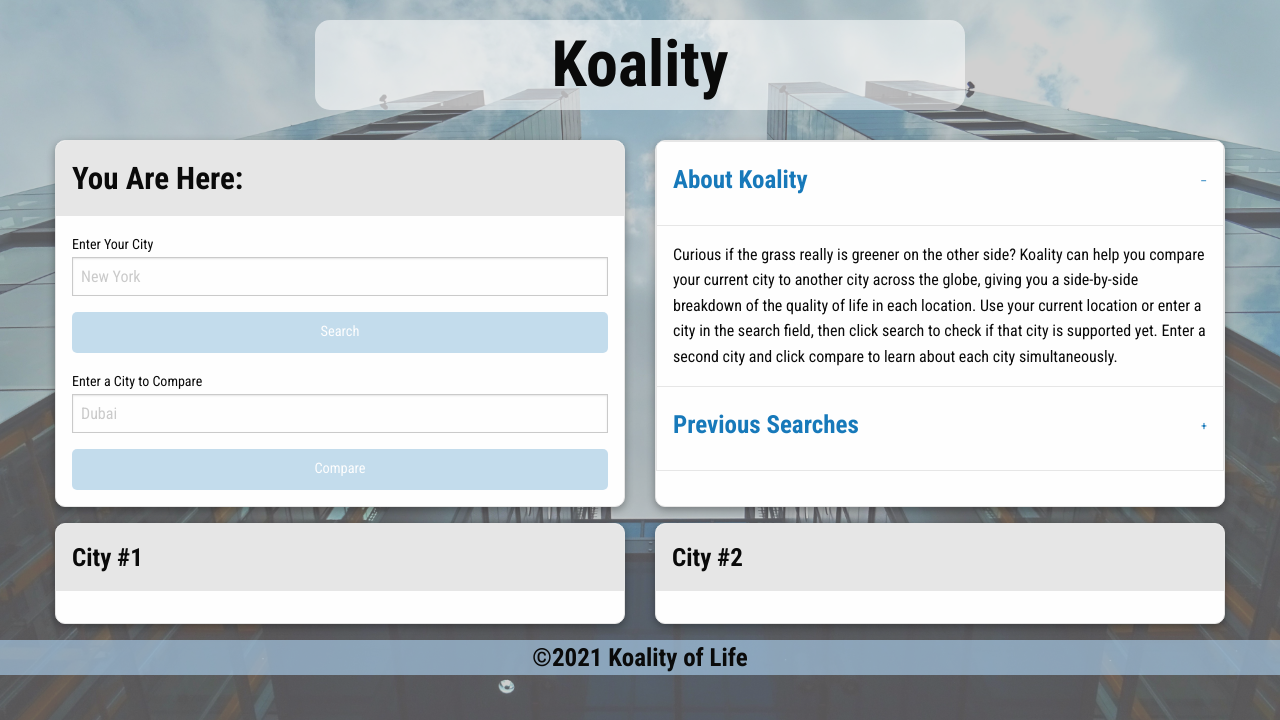
Repository: lexslo/koality-of-life
Page: index.html
The author's editor kept a copy of each file at every save. The page is drawn from the files as they stood at one save, then again after the next save.
The browser window is 1280 px wide. The pictures show the whole page.
Some web libraries are served in a nearby version.

Above is the page before, as saved 2021-12-17 15:53:59.
Console error: ReferenceError: ipStack is not defined

### index.html
<!DOCTYPE html>
<html lang="en">
  <head>
    <meta charset="UTF-8" />
    <meta http-equiv="X-UA-Compatible" content="IE=edge" />
    <meta name="viewport" content="width=device-width, initial-scale=1.0" />
    <link
      rel="stylesheet"
      href="https://cdnjs.cloudflare.com/ajax/libs/foundation/6.7.4/css/foundation.min.css"
      integrity="sha512-TgmH0v8FUwmsr3yDgd5PTCgR6lRZ2Q5c7KsUNTHcoxZpOExCX16MYECIL4xdRQOhQlz7pCnZlmA4zda58QWxBw=="
      crossorigin="anonymous"
      referrerpolicy="no-referrer"
    />
    <link
      href="https://fonts.googleapis.com/css2?family=Open+Sans:wght@400;700&family=Roboto+Condensed:wght@300;400;700&display=swap"
      rel="stylesheet"
    />
    <link rel="stylesheet" href="./Assets/css/style.css" />
    <title>Koality</title>
  </head>
  <body>
    <header>
      <h1>Koality</h1>
    </header>

    <section class="hero grid-container">
      <div class="grid-x grid-margin-x">
        <!-- take up half width on large/med screen, take up full width on small screen-->
        <form class="cell large-6 medium-6 small-12 card">
          <div class="card-divider">
            <h3 id="location-header">
              You Are Here: <span id="user-ip-location"></span>
            </h3>
          </div>
          <div class="card-section">
            <label for="city">Enter Your City</label>
            <input
              id="user-entry-location"
              name="city"
              type="text"
              placeholder="New York"
            />
            <button
              id="search-btn"
              class="button expanded disabled"
              type="button"
            >
              Search
            </button>
            <label for="compare-city">Enter a City to Compare</label>
            <input
              id="user-entry-comparison"
              name="compare-city"
              type="text"
              placeholder="Dubai"
            />
            <button id="compare-btn" class="button expanded disabled" type="button">
              Compare
            </button>
          </div>
        </form>
        <!-- take up half width on large/med screen, take up full width on small screen-->
        <div class="about cell large-6 medium-6 small-12 card">
          <ul class="accordion" data-accordion role="tablist">
            <li class="accordion-item is-active" data-accordion-item>
              <a
                href="#collapse1"
                role="tab"
                class="accordion-title"
                id="collapse1-heading"
              >
                <h4>About Koality</h4>
              </a>
              <div
                id="collapse1"
                class="accordion-content"
                role="tabpanel"
                data-tab-content
                aria-labelledby="panel1d-heading"
                data-tab-content
              >
                Curious if the grass really is greener on the other side? Koality can help you compare your current city
                to another city across the globe, giving you a side-by-side breakdown of the quality of life in each location.
                Use your current location or enter a city in the search field, then click search to check if that city is supported yet.
                Enter a second city and click compare to learn about each city simultaneously.
              </div>
            </li>
            <li class="accordion-item" data-accordion-item>
              <a
                href="#collapse2"
                role="tab"
                class="accordion-title"
                id="collapse2-heading"
              >
                <h4>Previous Searches</h4>
              </a>
              <div
                id="collapse2"
                class="accordion-content stored-search"
                role="tabpanel"
                data-tab-content
                aria-labelledby="panel1d-heading"
                data-tab-content
              >
                <p id="no-search-text">No saved searches.</p>
                <button data-id="0" class="button expanded storage-btn" type="button"></button>
                <button data-id="1" class="button expanded storage-btn" type="button"></button>
                <button data-id="2" class="button expanded storage-btn" type="button"></button>
              </div>
            </li>
          </ul>
        </div>
      </div>
    </section>

    <!-- begin comparison section -->
    <main class="grid-container">
      <section class="grid-x grid-margin-x city-comparison">
        <section
          id="user-results"
          class="results cell large-6 medium-6 small-12 card"
        >
          <div class="card-divider">
            <h4>City #1<span id="user-city"></span></h4>
          </div>
          <div class="card-section first-city">
          <!-- widget will be placed here dynamically -->
          </div>
        </section>
        <section
          id="results-comparison"
          class="results cell large-6 medium-6 small-12 card"
        >
          <div class="card-divider">
            <h4>City #2<span id="user-comparison-city"></span></h4>
          </div>
          <div class="card-section second-city">
              <!-- widget will be placed here dynamically -->
          </div>
        </section>
      </section>
    </main>

    <!-- modal to alert user their city isn't available for comparison -->
    <!-- setAttribute data-open="city-not-found" to an element to open reveal modal -->

    <div class="reveal small" id="city-not-found" data-reveal>
      <h4>This city is not supported yet.</h4>
      <p class="lead">
        Try manually searching a different city. Please go to
        <a href="https://teleport.org/cities/" target="_blank">Teleport</a> to
        view the list of currently supported cities.
      </p>
      <button
        class="close-button"
        data-close
        aria-label="Close modal"
        type="button"
      >
        <span aria-hidden="true">&times;</span>
      </button>
    </div>

    <div class="reveal small" id="call-undefined" data-reveal>
      <h4>IPstack limit reached.</h4>
      <p class="lead">Try manually searching for a city instead.</p>
      <button
        class="close-button"
        data-close
        aria-label="Close modal"
        type="button"
      >
        <span aria-hidden="true">&times;</span>
      </button>
    </div>

    <footer>
      <h4>&copy2021 Koality of Life</h4>
      <button
        id="hidden-button"
        data-open="city-not-found"
        class="hidden-button"
      ></button>
      <button
        id="undefined-btn"
        data-open="call-undefined"
        class="hidden-button"
      ></button>
    </footer>

    <script src="https://cdnjs.cloudflare.com/ajax/libs/jquery/3.4.1/jquery.min.js"></script>
    <script
      src="https://cdnjs.cloudflare.com/ajax/libs/foundation/6.7.4/js/foundation.min.js"
      integrity="sha512-+CnEgueYRDzx2s3IIAOpZd8HeOfrSbK3loeHw0jXJODAe3eFROHpBxEsun2kU+sZCaoAA0eFJrhfVV3RGG50GA=="
      crossorigin="anonymous"
      referrerpolicy="no-referrer"
    ></script>
    <script src="./Assets/js/script.js"></script>
  </body>
</html>

### Assets/css/style.css
h1, h2, h3, h4 {
    font-family: 'Roboto Condensed', sans-serif;
    font-weight: bold;
}

h1 {
    font-size: 4rem;
    background-color: rgba(256, 256, 256, 0.55);
    border-radius: 15px;
    max-width: 650px;
    margin: 0 auto;
}

header {
    text-align: center;
    padding: 20px;
    margin-bottom: 10px;
}

body {
    font-family: 'Roboto Condensed', sans-serif;
    background-image: url(../images/city-bg.png);
    background-size: cover;
    background-position: center;
    background-attachment: fixed;
}

.card {
    border-radius: 10px;
    box-shadow: rgba(0, 0, 0, 0.33) 0px 3px 8px;
}

.button {
    border-radius: 5px;
}

.accordion-content button {
    display: none;
    width: 100%;
    padding: 15px;
}

.reveal {
    background-color: lightgrey;
}

.reveal a {
    color: white;
}

.hidden-button {
    display: none;
}

footer {
    text-align: center;
    background-color:rgba(176, 214, 245, 0.6);
}

### Assets/js/script.js
var ipStackKey = "461d8152858d27076ff2134be7a2531a";
// commenting out line #3 this is necessary because IPSTACK only provides https on paid versioning and git doesn't like http
// var ipStack = `http://api.ipstack.com/check?access_key=${ipStackKey}`;
var teleportCitySearch = `https://api.teleport.org/api/cities/?search=`;

var prevSearchObj = {};
var counter = 0;

// on dom load, run foundation & ipstack
$(document).ready(function () {
  $(document).foundation();
  loadSearch();

  // call ipstack API
  fetch(ipStack).then(function (response) {
    response.json().then(function (data) {
      // call city function that will find city from ip address using ipstack
      city(data);
    });
  });
});

function displayUserLocation(city) {
  // set text display in card header to user location
  $("#user-ip-location").text(city);
  // auto fill search input with current location
  $("#user-entry-location").val(city);
  // disable search button unless user wishes to change start city
  $("#search-btn").addClass("disabled");
  // display city name to header of first comparison column
  // $("#user-city").text(" - " + city);
}

function city(ipLocation) {
  // var city = ipLocation.city;
  // this is necessary because IPSTACK only provides https on paid versioning and git doesn't like http
  var city = "undefined";
  teleportURL = `${teleportCitySearch}${city}`;
  //console.log(teleportURL);
  //console.log(`${city}`);
  if (`${city}` !== "undefined") {
    // call on teleport api to return object with geoname some where 1000 levels deep
    fetch(teleportURL).then(function (response) {
      response.json().then(function (data) {
        obtainGeoID(data);
        displayUserLocation(city);
        // console.log(data);
      });
    });
  } else {
    $("#undefined-btn").trigger("click");
    $("#location-header").text("Search for a City");
  }
}

// $("#search-btn").click(manualSearch(userCityEntry)) this is not annonymous function
// and for that reason reacts upon $(document).ready()
// still sort of unclear why that is.... but will ask for clearer explaination
// why if the function is outside of that doc.ready would you need an annonymous function?
$("#search-btn").click(function () {
  var city = $("#user-entry-location").val();
  teleportURL = `${teleportCitySearch}${city}`;
  fetch(teleportURL).then(function (response) {
    response.json().then(function (data) {
      obtainGeoID(data, true);
      console.log(data);
    });
  });
});

$("#compare-btn").click(function () {
  var city = $("#user-entry-comparison").val();
  teleportURL = `${teleportCitySearch}${city}`;
  fetch(teleportURL).then(function (response) {
    response.json().then(function (data) {
      obtainGeoID(data, false);
    });
  });
});

function obtainGeoID(data, button) {
  console.log(data);
  // geonameid URL some where in here and pass into obtainUrbanCityScores function
  var embeddedHREF =
    data._embedded["city:search-results"][0]["_links"]["city:item"]["href"];
  //console.log(embeddedHREF);

  // var urbanCity = embeddedHREF["city:urban_area"];

  // run teleport api for urban city name by geonameid
  fetch(embeddedHREF).then(function (response) {
    response.json().then(function (data) {
      //console.log(data);
      urbanCityName = data["_links"]["city:urban_area"];
      if (urbanCityName && button === true) {
        urbanCityName = urbanCityName["name"];
        displayUrbanCityData(urbanCityName, true);
      } else if (urbanCityName && button === false) {
        urbanCityName = urbanCityName["name"];
        displayUrbanCityData(urbanCityName, false);
      } else if (urbanCityName) {
        urbanCityName = urbanCityName["name"];
        displayUrbanCityData(urbanCityName, true);
      } else {
        // trigger hidden button to open modal window guiding user to Teleport site
        $("#hidden-button").trigger("click");
      }
      //console.log(urbanCityName);
      // urbanCityScores = urbanCityHref + "scores";

      // fetch(urbanCityScores).then(function (response) {
      //   response.json().then(function (data) {
      //     // console.log(data);
      //   });
      // });
    });
  });
}

function displayUrbanCityData(urbanCityName, button) {
  var cityName = urbanCityName.replaceAll(" ", "-");
  cityName = cityName.toLowerCase();

  if (button === true) {
    var lifeQualityScores = `<script
  async
  class="teleport-widget-script"
  id="life-quality-score"
  data-url="http://teleport.org/cities/${cityName}/widget/scores/?currency=USD"
  data-max-width="770"
  data-height="950"
  src="http://teleport.org/assets/firefly/widget-snippet.min.js"
  ></script>`;

    // // console.log(lifeQualityScores);
    $(".first-city").children("iframe").remove();
    $(".first-city").append($("<div></div>").attr("id", "city-one"));
    $(".first-city").append(lifeQualityScores);
  } else if (button === false) {
    var lifeQualityScores = `<script
    async
    class="teleport-widget-script"
    id="life-quality-score"
    data-url="http://teleport.org/cities/${cityName}/widget/scores/?currency=USD"
    data-max-width="770"
    data-height="950"
    src="http://teleport.org/assets/firefly/widget-snippet.min.js"
    ></script>`;

    // // console.log(lifeQualityScores);
    $(".second-city").children("iframe").remove();
    $(".second-city").append($("<div></div>").attr("id", "city-two"));
    $(".second-city").append(lifeQualityScores);
  }
}

// enable search button if user goes to type in the first input field
$("#user-entry-location").on("click", function () {
  if ($(this).is(":focus")) {
    $("#search-btn").removeClass("disabled");
  }
});
// disable search button if empty input field
$("#user-entry-location").on("blur", function () {
  if ($(this).val() == "") {
    $("#compare-btn").addClass("disabled");
  }
});

// enable compare button when user types in input field
$("#user-entry-comparison").on("click", function () {
  if ($(this).is(":focus")) {
    $("#compare-btn").removeClass("disabled");
  }
});
// disable compare button if empty input field
$("#user-entry-comparison").on("blur", function () {
  if ($(this).val() == "") {
    $("#compare-btn").addClass("disabled");
  }
});

function saveSearch() {
  var firstCity = $("#user-entry-location").val();
  var secondCity = $("#user-entry-comparison").val();
  var prevSearchArr = [];
  // only store comparison searches, check for both fields completed
  if (firstCity && secondCity) {
    // push both cities to an array
    prevSearchArr.push(firstCity, secondCity);
    // add the array of 2 cities to object at next index
    prevSearchObj[counter] = prevSearchArr;
    // store a maximum of 3 previous searches
    //console.log("counter = " + counter + " from saveSearch");
    if (counter == 3) {
      counter = 0;
    } else {
      counter++;
    }
    localStorage.setItem("search", JSON.stringify(prevSearchObj));
  }
}

function loadSearch() {
  //console.log("counter = " + counter + " from loadSearch");
  // variable to hold localstorage string
  var searches = localStorage.getItem("search");
  // check if anything is stored, hide the "no searches" message if there are stored items
  if (searches) {
    $("#no-search-text").hide();
  } else {
    $("#no-search-text").show();
    $(".storage-btn").hide();
  }
  // turn local storage string into object
  prevSearchObj = JSON.parse(searches) || {};

  // get number of items stored in prevSearchObj
  var numStored = Object.keys(prevSearchObj).length;
  // set storage counter to be up to date with number of items stored
  if (numStored > 0) {
    counter = numStored - 1;
  } else {
    counter = numStored;
  }
  //console.log("numStored = " + numStored);
  // hide empty buttons depending on how many items are in storage
  if (numStored === 2) {
    $(`[data-id='2']`).hide();
  } else if (numStored === 1) {
    $(`[data-id='2']`).hide();
    $(`[data-id='1']`).hide();
  }
  // iterate through object and write text to buttons in previous search section
  for (var index in prevSearchObj) {
    $(`[data-id='${index}']`)
      .show()
      .text(prevSearchObj[index][0] + " vs. " + prevSearchObj[index][1]);
  }
}

$(".storage-btn").on("click", function () {
  // get text from button that was clicked
  var btnText = $(this).text();
  // split and remove the " vs. "
  btnText = btnText.split(" vs. ");
  // put text in proper input fields
  $("#user-entry-location").val(btnText[0]);
  $("#user-entry-comparison").val(btnText[1]);
  $("#location-header").text("Search for a City");
  $("#search-btn").trigger("click");
  $("#compare-btn").trigger("click");
});

$("#compare-btn").on("click", function () {
  saveSearch();
});

After the next save:
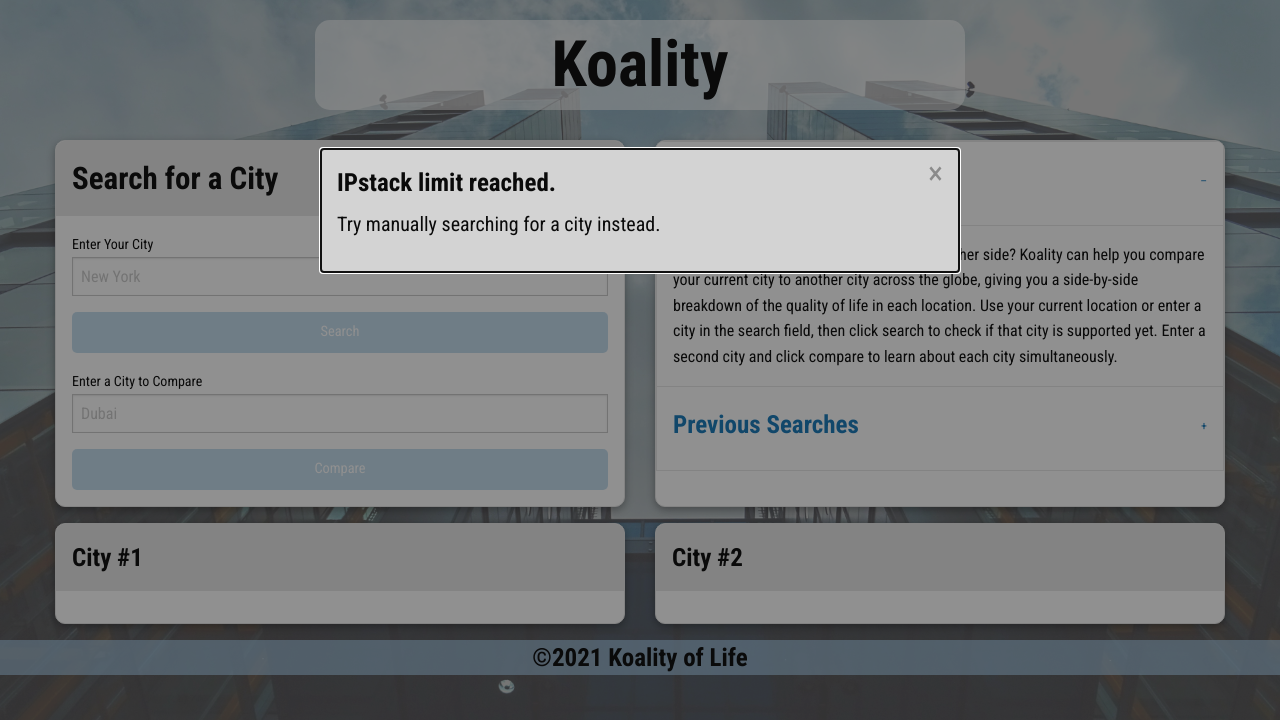
The error is gone.
Saved 47 min 53 s later.
--- a/Assets/js/script.js
+++ b/Assets/js/script.js
@@ -9,16 +9,24 @@ var counter = 0;
 // on dom load, run foundation & ipstack
 $(document).ready(function () {
   $(document).foundation();
+  // load with IPStack limit modal triggered since GitHub doesn't support HTTP
+  limitReached();
   loadSearch();
 
-  // call ipstack API
-  fetch(ipStack).then(function (response) {
-    response.json().then(function (data) {
-      // call city function that will find city from ip address using ipstack
-      city(data);
-    });
-  });
-});
+  // ** NOT WORKING ON GITHUB, UNCOMMENT ON LOCAL MACHINE TO TEST **
+  //   // call ipstack API
+  //   fetch(ipStack).then(function (response) {
+  //     response.json().then(function (data) {
+  //       // call city function that will find city from ip address using ipstack
+  //       city(data);
+  //     });
+  //   });
+});
+
+function limitReached() {
+  $("#undefined-btn").trigger("click");
+  $("#location-header").text("Search for a City");
+}
 
 function displayUserLocation(city) {
   // set text display in card header to user location
@@ -27,36 +35,27 @@ function displayUserLocation(city) {
   $("#user-entry-location").val(city);
   // disable search button unless user wishes to change start city
   $("#search-btn").addClass("disabled");
-  // display city name to header of first comparison column
-  // $("#user-city").text(" - " + city);
 }
 
 function city(ipLocation) {
-  // var city = ipLocation.city;
+  var city = ipLocation.city;
   // this is necessary because IPSTACK only provides https on paid versioning and git doesn't like http
-  var city = "undefined";
+  // var city = "undefined";
   teleportURL = `${teleportCitySearch}${city}`;
-  //console.log(teleportURL);
-  //console.log(`${city}`);
+
   if (`${city}` !== "undefined") {
     // call on teleport api to return object with geoname some where 1000 levels deep
     fetch(teleportURL).then(function (response) {
       response.json().then(function (data) {
         obtainGeoID(data);
         displayUserLocation(city);
-        // console.log(data);
       });
     });
   } else {
-    $("#undefined-btn").trigger("click");
-    $("#location-header").text("Search for a City");
-  }
-}
-
-// $("#search-btn").click(manualSearch(userCityEntry)) this is not annonymous function
-// and for that reason reacts upon $(document).ready()
-// still sort of unclear why that is.... but will ask for clearer explaination
-// why if the function is outside of that doc.ready would you need an annonymous function?
+    limitReached();
+  }
+}
+
 $("#search-btn").click(function () {
   var city = $("#user-entry-location").val();
   teleportURL = `${teleportCitySearch}${city}`;
@@ -83,14 +82,10 @@ function obtainGeoID(data, button) {
   // geonameid URL some where in here and pass into obtainUrbanCityScores function
   var embeddedHREF =
     data._embedded["city:search-results"][0]["_links"]["city:item"]["href"];
-  //console.log(embeddedHREF);
-
-  // var urbanCity = embeddedHREF["city:urban_area"];
 
   // run teleport api for urban city name by geonameid
   fetch(embeddedHREF).then(function (response) {
     response.json().then(function (data) {
-      //console.log(data);
       urbanCityName = data["_links"]["city:urban_area"];
       if (urbanCityName && button === true) {
         urbanCityName = urbanCityName["name"];
@@ -105,14 +100,6 @@ function obtainGeoID(data, button) {
         // trigger hidden button to open modal window guiding user to Teleport site
         $("#hidden-button").trigger("click");
       }
-      //console.log(urbanCityName);
-      // urbanCityScores = urbanCityHref + "scores";
-
-      // fetch(urbanCityScores).then(function (response) {
-      //   response.json().then(function (data) {
-      //     // console.log(data);
-      //   });
-      // });
     });
   });
 }
@@ -126,13 +113,12 @@ function displayUrbanCityData(urbanCityName, button) {
   async
   class="teleport-widget-script"
   id="life-quality-score"
-  data-url="http://teleport.org/cities/${cityName}/widget/scores/?currency=USD"
+  data-url="https://teleport.org/cities/${cityName}/widget/scores/?currency=USD"
   data-max-width="770"
   data-height="950"
-  src="http://teleport.org/assets/firefly/widget-snippet.min.js"
+  src="https://teleport.org/assets/firefly/widget-snippet.min.js"
   ></script>`;
-
-    // // console.log(lifeQualityScores);
+    // clear iframe to write new one on next search
     $(".first-city").children("iframe").remove();
     $(".first-city").append($("<div></div>").attr("id", "city-one"));
     $(".first-city").append(lifeQualityScores);
@@ -141,13 +127,12 @@ function displayUrbanCityData(urbanCityName, button) {
     async
     class="teleport-widget-script"
     id="life-quality-score"
-    data-url="http://teleport.org/cities/${cityName}/widget/scores/?currency=USD"
+    data-url="https://teleport.org/cities/${cityName}/widget/scores/?currency=USD"
     data-max-width="770"
     data-height="950"
-    src="http://teleport.org/assets/firefly/widget-snippet.min.js"
+    src="https://teleport.org/assets/firefly/widget-snippet.min.js"
     ></script>`;
-
-    // // console.log(lifeQualityScores);
+    // clear iframe to write new one on next search
     $(".second-city").children("iframe").remove();
     $(".second-city").append($("<div></div>").attr("id", "city-two"));
     $(".second-city").append(lifeQualityScores);
@@ -191,7 +176,6 @@ function saveSearch() {
     // add the array of 2 cities to object at next index
     prevSearchObj[counter] = prevSearchArr;
     // store a maximum of 3 previous searches
-    //console.log("counter = " + counter + " from saveSearch");
     if (counter == 3) {
       counter = 0;
     } else {
@@ -202,7 +186,6 @@ function saveSearch() {
 }
 
 function loadSearch() {
-  //console.log("counter = " + counter + " from loadSearch");
   // variable to hold localstorage string
   var searches = localStorage.getItem("search");
   // check if anything is stored, hide the "no searches" message if there are stored items
@@ -223,7 +206,7 @@ function loadSearch() {
   } else {
     counter = numStored;
   }
-  //console.log("numStored = " + numStored);
+
   // hide empty buttons depending on how many items are in storage
   if (numStored === 2) {
     $(`[data-id='2']`).hide();
